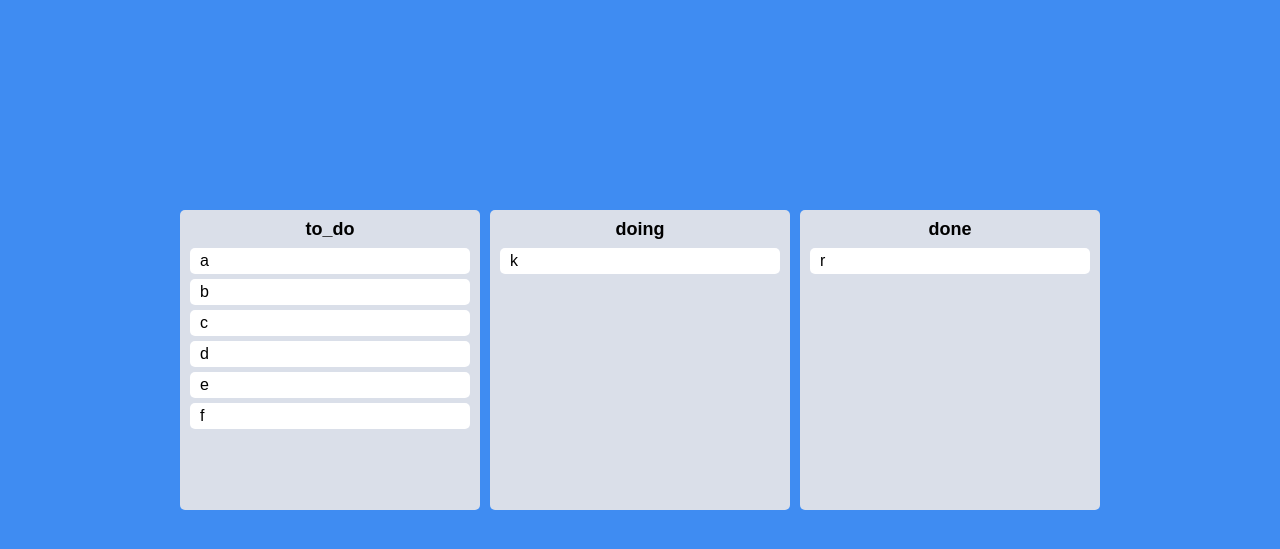
Repository: SeungYn/react-nomad
Page: / (app in trello/)
The author's editor kept a copy of each file at every save. The page is drawn from the files as they stood at one save, then again after the next save.
The browser window is 1280 px wide. The pictures show the whole page.
The project was rebuilt for these pictures with package versions that can differ from the ones it lists, and the page was loaded fresh each time. Also part of the build but not shown: trello/src/App.css.

Above is the page before, as saved 2023-01-15 19:13:03.

### trello/src/index.tsx
import React from 'react';
import ReactDOM from 'react-dom/client';
import './index.css';
import App from './App';
import { createGlobalStyle, ThemeProvider } from 'styled-components';
import { RecoilRoot } from 'recoil';
import { darkTheme } from './theme';

const GlobalStyle = createGlobalStyle`
  @import url('https://fonts.googleapis.com/css2?family=Source+Sans+Pro:wght@300;400&display=swap');
  html, body, div, span, applet, object, iframe,
h1, h2, h3, h4, h5, h6, p, blockquote, pre,
a, abbr, acronym, address, big, cite, code,
del, dfn, em, img, ins, kbd, q, s, samp,
small, strike, strong, sub, sup, tt, var,
b, u, i, center,
dl, dt, dd, menu, ol, ul, li,
fieldset, form, label, legend,
table, caption, tbody, tfoot, thead, tr, th, td,
article, aside, canvas, details, embed,
figure, figcaption, footer, header, hgroup,
main, menu, nav, output, ruby, section, summary,
time, mark, audio, video {
  margin: 0;
  padding: 0;
  border: 0;
  font-size: 100%;
  font: inherit;
  vertical-align: baseline;
}
/* HTML5 display-role reset for older browsers */
article, aside, details, figcaption, figure,
footer, header, hgroup, main, menu, nav, section {
  display: block;
}
/* HTML5 hidden-attribute fix for newer browsers */
*[hidden] {
    display: none;
}
body {
  line-height: 1;
}
menu, ol, ul {
  list-style: none;
}
ul{
  text-decoration: none;
  list-style: none;
}
blockquote, q {
  quotes: none;
}
blockquote:before, blockquote:after,
q:before, q:after {
  content: '';
  content: none;
}
table {
  border-collapse: collapse;
  border-spacing: 0;
}

*{
  box-sizing: border-box;
}

body {
  font-family: 'Source Sans Pro', sans-serif;
  background-color: ${(props) => {
    return props.theme?.bgColor;
  }};
  color:black;
}

a{
  text-decoration:none;
  color:inherit;
}
`;

const root = ReactDOM.createRoot(
  document.getElementById('root') as HTMLElement
);
root.render(
  <RecoilRoot>
    <ThemeProvider theme={darkTheme}>
      <GlobalStyle />
      <App />
    </ThemeProvider>
  </RecoilRoot>
);

### trello/src/App.tsx
import React from 'react';
import logo from './logo.svg';
import './App.css';
import {
  DragDropContext,
  Draggable,
  DraggableLocation,
  Droppable,
  DropResult,
} from 'react-beautiful-dnd';
import styled from 'styled-components';
import { useRecoilState, useRecoilValue } from 'recoil';
import { toDoState } from './atoms';
import DraggbleCard from './Components/DragabbleCard';
import Board from './Components/Board';

const Wrapper = styled.div`
  display: flex;
  max-width: 480px;
  width: 100%;
  margin: 0 auto;
  justify-content: center;
  align-items: center;
  height: 100vh;
  width: 100vw;
`;

const Boards = styled.div`
  display: flex;
  justify-content: center;
  align-items: flex-start;

  gap: 10px;
`;

function App() {
  const [toDos, setToDos] = useRecoilState(toDoState);
  const onDragEnd = (info: DropResult) => {
    const { destination, draggableId, source } = info;
    if (destination?.droppableId === source.droppableId) {
      setToDos((oldToDos) => {
        const boardCopy = [...oldToDos[source.droppableId]];
        boardCopy.splice(source.index, 1);
        boardCopy.splice(destination?.index, 0, draggableId);
        return { ...oldToDos, [source.droppableId]: boardCopy };
      });
    } else {
      setToDos((oldToDos) => {
        const sourceToDos = [...oldToDos[source.droppableId]];
        sourceToDos.splice(source.index, 1);
        const destinationToDos = [...oldToDos[destination!.droppableId]];
        destinationToDos.splice(destination!.index, 0, draggableId);
        return {
          ...oldToDos,
          [source.droppableId]: sourceToDos,
          [destination!.droppableId]: destinationToDos,
        };
      });
    }
  };
  return (
    <DragDropContext onDragEnd={onDragEnd}>
      <Wrapper>
        <Boards>
          {Object.keys(toDos).map((i) => (
            <Board key={i} toDos={toDos[i]} boardId={i} />
          ))}
        </Boards>
      </Wrapper>
    </DragDropContext>
  );
}

export default App;

### trello/src/theme.ts
import { DefaultTheme } from 'styled-components';

export const darkTheme: DefaultTheme = {
  bgColor: '#3F8CF2',
  cardColor: 'white',
  boardColor: '#DADFE9',
};

### trello/src/atoms.tsx
import { atom, selector } from 'recoil';

interface IToDoState {
  [key: string]: string[];
}

export const toDoState = atom<IToDoState>({
  key: 'toDo',
  default: {
    to_do: ['a', 'b', 'c', 'd', 'e', 'f'],
    doing: ['k'],
    done: ['r'],
  },
});

### trello/src/Components/Board.tsx
import { Droppable } from 'react-beautiful-dnd';
import DragabbleCard from './DragabbleCard';
import styled from 'styled-components';

interface IboardProps {
  toDos: string[];
  boardId: string;
}

function Board({ toDos, boardId }: IboardProps) {
  return (
    <Wrapper>
      <Title>{boardId}</Title>
      <Droppable droppableId={boardId}>
        {(magic) => (
          <div ref={magic.innerRef} {...magic.droppableProps}>
            {toDos.map((toDo, index) => (
              <DragabbleCard key={toDo} index={index} todo={toDo} />
            ))}
            {magic.placeholder}
          </div>
        )}
      </Droppable>
    </Wrapper>
  );
}

export default Board;

const Wrapper = styled.div`
  width: 300px;
  padding: 20px 10px;
  padding-top: 10px;
  background-color: ${(props) => props.theme.boardColor};
  border-radius: 5px;
  min-height: 300px;
`;

const Title = styled.h2`
  text-align: center;
  font-weight: 600;
  margin-bottom: 10px;
  font-size: 18px;
`;

const Area = styled.div`
  background-color: blue;
`;

### trello/src/Components/DragabbleCard.tsx
import React from 'react';
import { Draggable } from 'react-beautiful-dnd';
import styled from 'styled-components';

interface IDragabbleCardProps {
  todo: string;
  index: number;
}

function DraggbleCard({ todo, index }: IDragabbleCardProps) {
  return (
    <Draggable key={todo} draggableId={todo} index={index}>
      {(magic) => (
        <Card
          ref={magic.innerRef}
          {...magic.draggableProps}
          {...magic.dragHandleProps}
        >
          {todo}
        </Card>
      )}
    </Draggable>
  );
}

export default React.memo(DraggbleCard);

const Card = styled.div`
  border-radius: 5px;
  padding: 5px 10px;
  margin-bottom: 5px;
  background-color: ${(props) => props.theme.cardColor};
  user-select: none;
`;

Loaded but not shown: trello/public/index.html (common file); trello/src/index.css (common file)

After the next save:
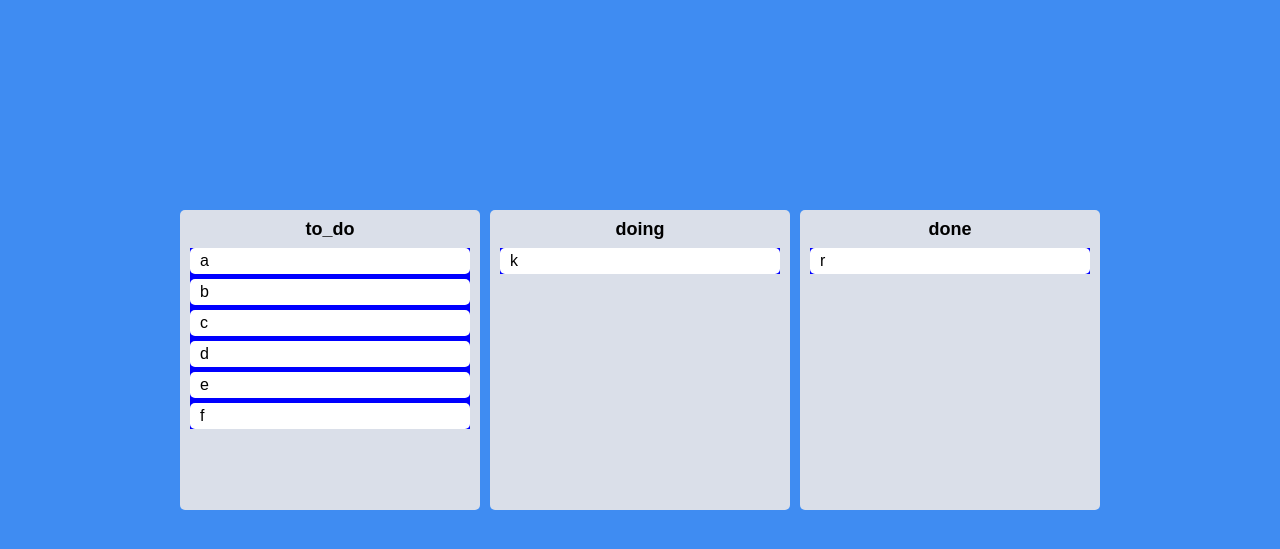
Saved 6 s later.
--- a/trello/src/Components/Board.tsx
+++ b/trello/src/Components/Board.tsx
@@ -13,12 +13,12 @@ function Board({ toDos, boardId }: IboardProps) {
       <Title>{boardId}</Title>
       <Droppable droppableId={boardId}>
         {(magic) => (
-          <div ref={magic.innerRef} {...magic.droppableProps}>
+          <Area ref={magic.innerRef} {...magic.droppableProps}>
             {toDos.map((toDo, index) => (
               <DragabbleCard key={toDo} index={index} todo={toDo} />
             ))}
             {magic.placeholder}
-          </div>
+          </Area>
         )}
       </Droppable>
     </Wrapper>
